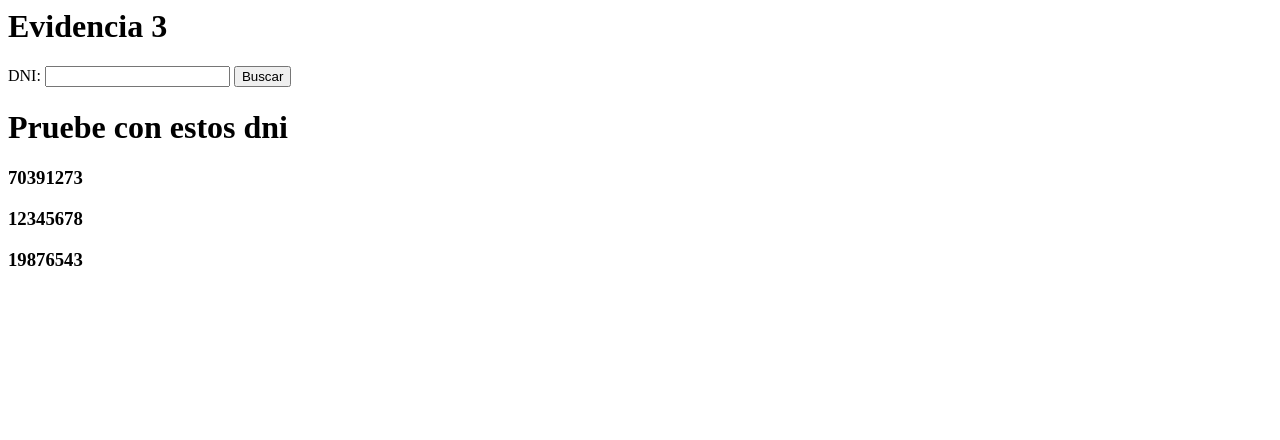
Repository: quino22/ulasalle
Page: ev3-70391273/war/index.html
These files come from the project's save history. The page is drawn as it stood at one moment and after the next save; the edit follows.
The browser window is 1280 px wide. The pictures show the whole page.

Above is the page before, as saved 2016-11-04 16:41:05.

### ev3-70391273/war/index.html
<!DOCTYPE HTML PUBLIC "-//W3C//DTD HTML 4.01 Transitional//EN">
<!-- The HTML 4.01 Transitional DOCTYPE declaration-->
<!-- above set at the top of the file will set     -->
<!-- the browser's rendering engine into           -->
<!-- "Quirks Mode". Replacing this declaration     -->
<!-- with a "Standards Mode" doctype is supported, -->
<!-- but may lead to some differences in layout.   -->

<html>
  <head>
    <meta http-equiv="content-type" content="text/html; charset=UTF-8">
    <title>Evidencia 3</title>
  </head>

  <body>
    <h1>Evidencia 3</h1>

	<form action="/ev3_70391273" method="get">
		DNI: <input type="text" name="dni">
		<input type="submit" value="Buscar">
	</form>
	<h1>Pruebe con estos dni</h1>
	<h3>70391273</h3>
	<h3>12345678</h3>
	<h3>19876543</h3>

  </body>
</html>

After the next save:
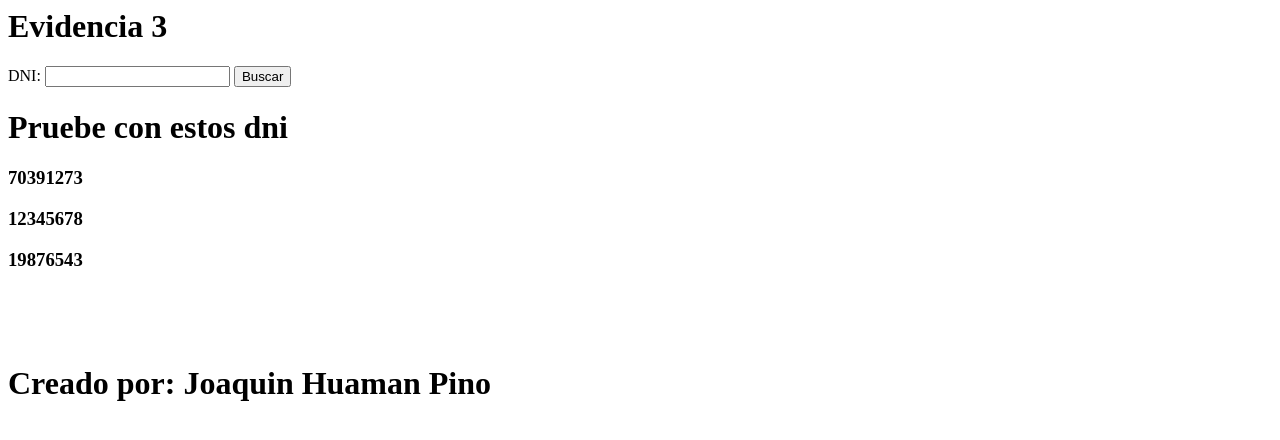
Saved 47 s later.
--- a/ev3-70391273/war/index.html
+++ b/ev3-70391273/war/index.html
@@ -23,6 +23,9 @@
 	<h3>70391273</h3>
 	<h3>12345678</h3>
 	<h3>19876543</h3>
-
+	<br>
+	<br>
+	<br>
+	<h1>Creado por: Joaquin Huaman Pino</h1>
   </body>
 </html>
